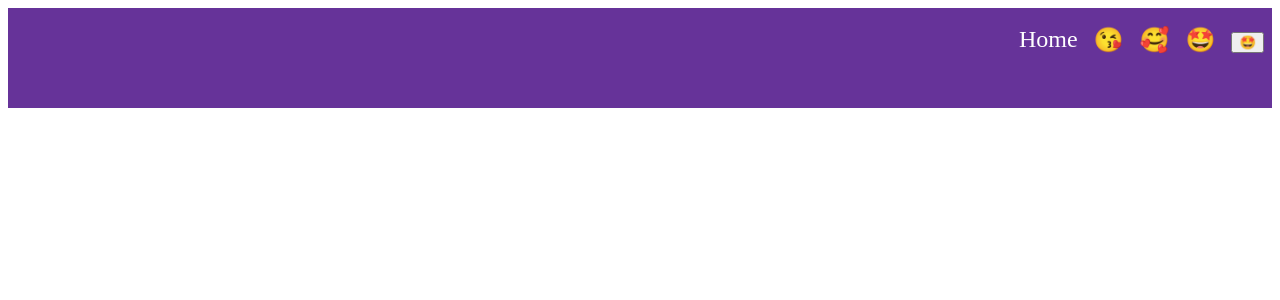
Repository: ramtoppo12/NavBar-Using-FlexBox
Page: Navbar.htm
These files come from the project's save history. The page is drawn as it stood at one moment and after the next save; the edit follows.
The browser window is 1280 px wide. The pictures show the whole page.

Above is the page before, as saved 2020-12-12 23:31:47.

### Navbar.htm
<!DOCTYPE html>
<html lang="en">
<head>
    <meta charset="UTF-8">
    <meta name="viewport" content="width=device-width, initial-scale=1.0">
    <title>Document</title>
    <link rel="stylesheet" href="navbar.css">
</head>
<body>
    <nav>
        <ul>
            <li><a>Home</a></li>
            <li><a>😘</a></li>

            <li><a>🥰</a></li>

            <li><a>🤩</a></li>
            <li><Button>🤩</Button></li>


        </ul>
    </nav>
</body>
</html>

### navbar.css
nav {
  font-size: 1.5rem;
  background-color: rebeccapurple;
  height: 100px;
}
nav ul {
  list-style: none;
  margin: 0;
  padding: 0;
  display: flex;
  justify-content: flex-end;
}
nav ul li {
  cursor: pointer;
  padding: 0.5rem;
  color: #fff;
  margin: 10px 0;
}
nav ul li:hover {
  background-color: #555;
  color: #fff;
}

After the next save:
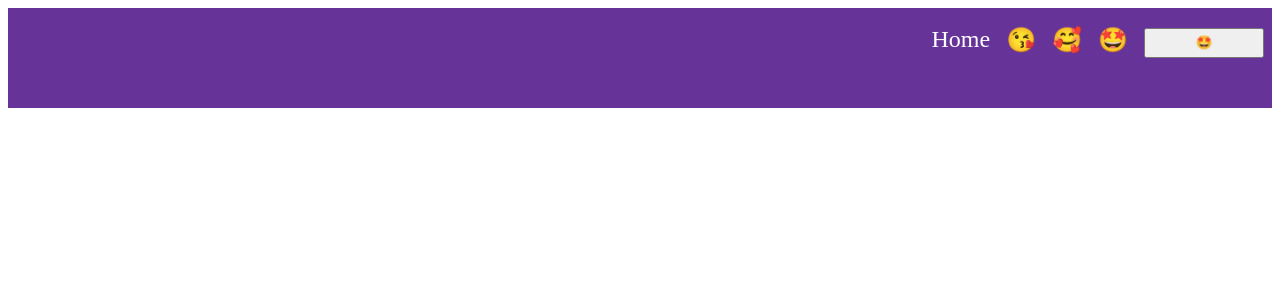
Saved 23 s later.
--- a/navbar.css
+++ b/navbar.css
@@ -20,3 +20,7 @@
   background-color: #555;
   color: #fff;
 }
+nav ul li button {
+  width: 120px;
+  height: 30px;
+}
